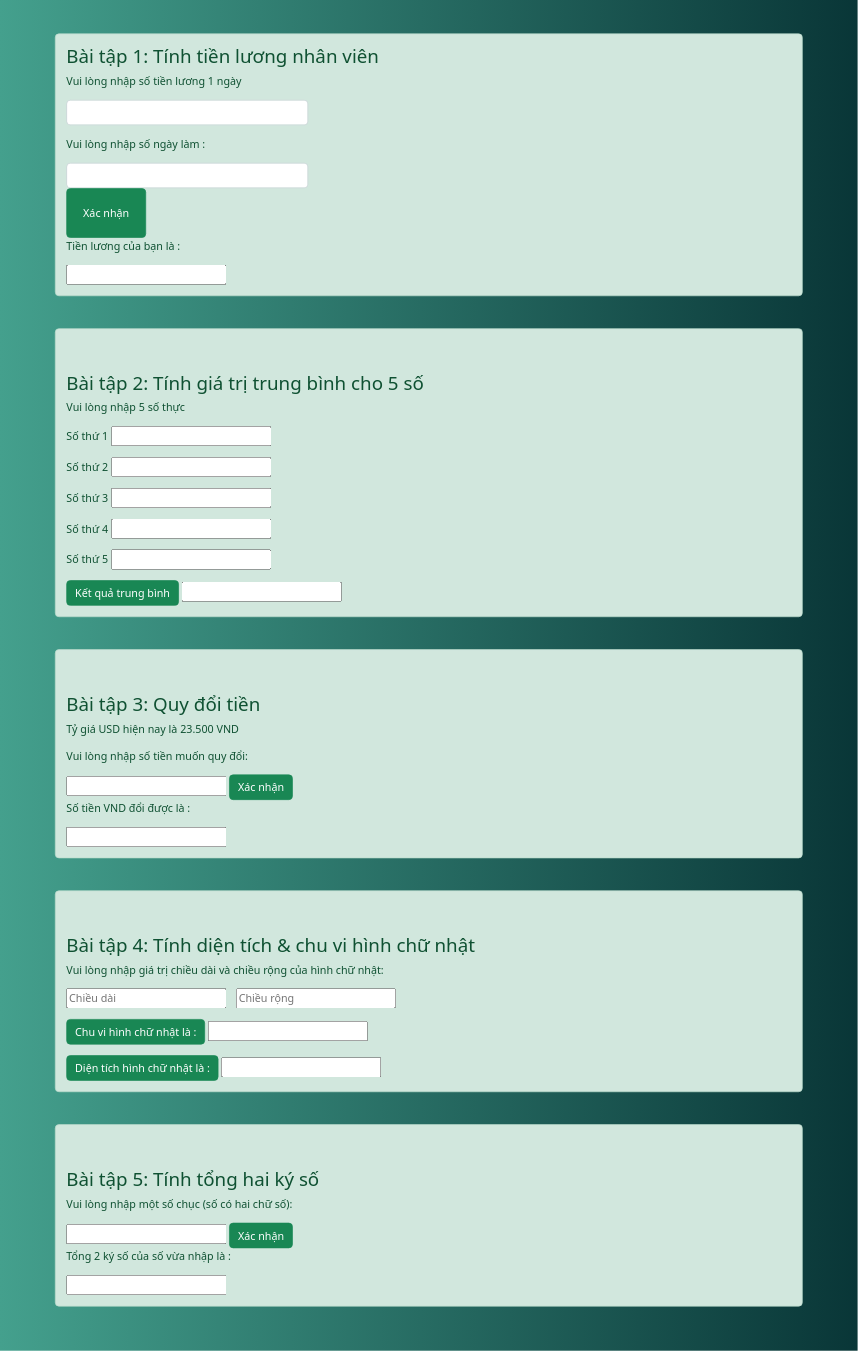
Repository: hcozyph/TranHuuPhuoc_BC43_BT_JS_Buoi2
Page: index.html
The author's editor kept a copy of each file at every save. The page is drawn from the files as they stood at one save, then again after the next save.
The browser window is 1280 px wide. The pictures show the whole page, at 67% of full size.

Above is the page before, as saved 2023-02-03 20:38:37.

After the next save:
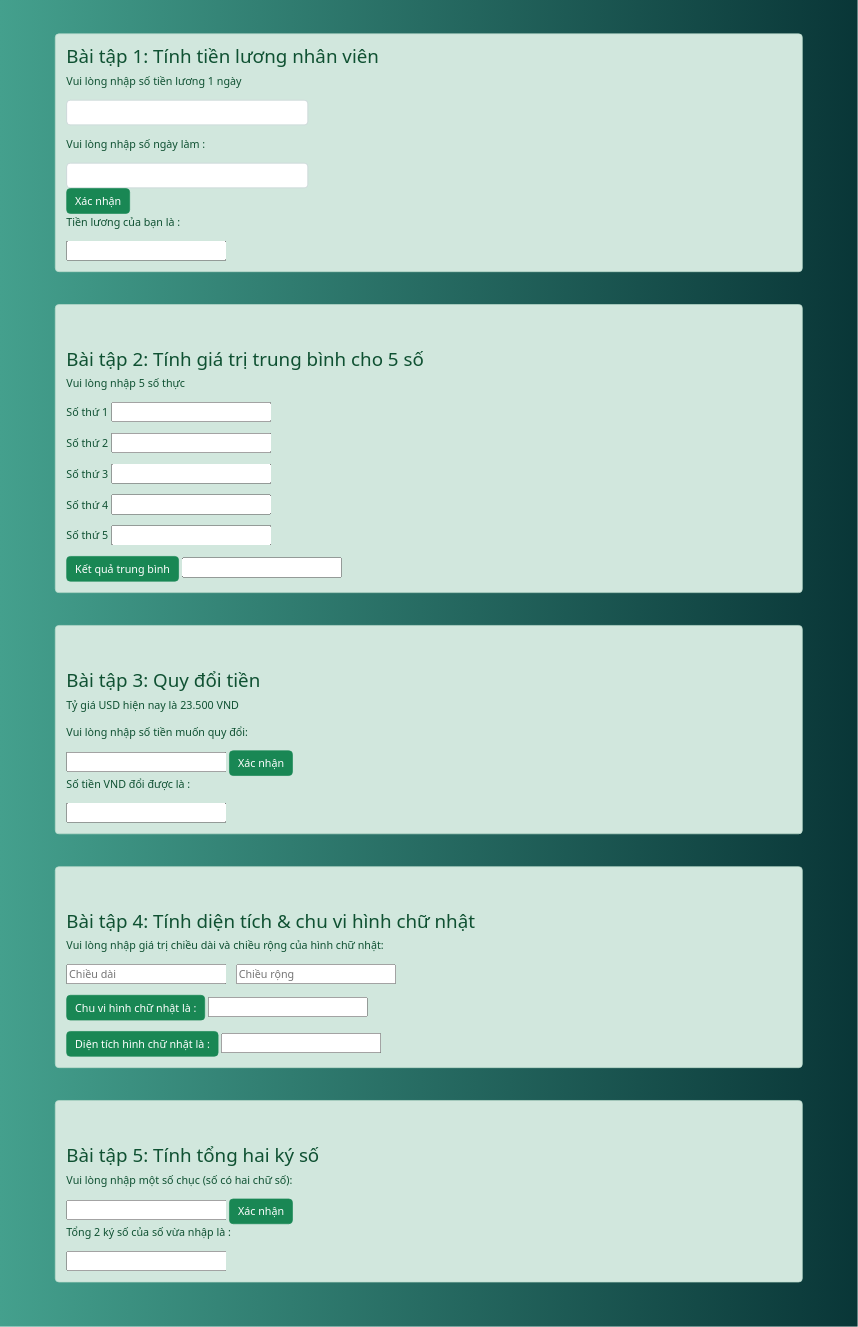
Saved 37 s later.
--- a/index.html
+++ b/index.html
@@ -70,7 +70,7 @@
 
                     <div class="col-4">
                         <button
-                            class="btn btn-success d-inline-block p-4"
+                            class="btn btn-success"
                             id="btnXacNhan"
                             onclick="inputSoNgayLam()"
                         >
